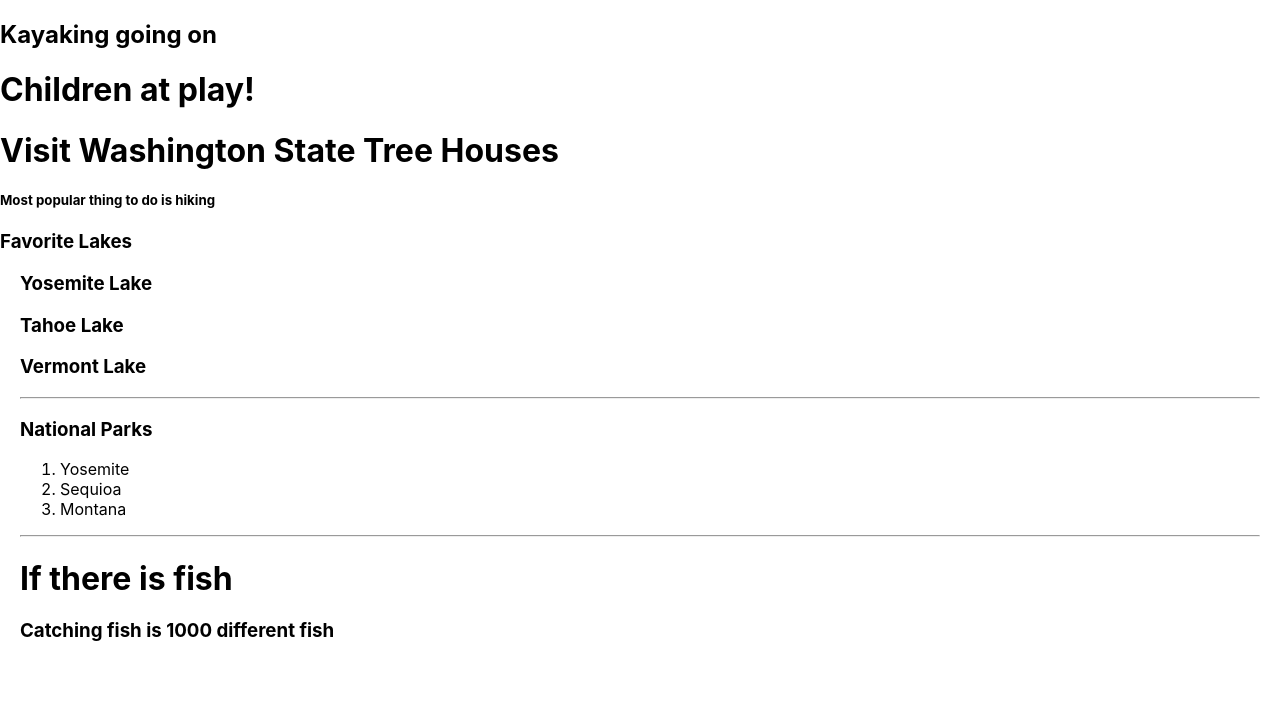
Repository: CaptainStorm21/intro-react-hooks
Page: /
These files come from the project's save history. The page is drawn as it stood at one moment and after a run of saves; the edit follows.
The browser window is 1280 px wide. The pictures show the whole page.
The project was rebuilt for these pictures with package versions that can differ from the ones it lists, and the page was loaded fresh each time. Also part of the build but not shown: src/App.css.

Above is the page before, as saved 2020-05-27 00:09:40.

### src/index.js
import React from "react";
import ReactDOM from "react-dom";
import "./index.css";
import Fragment from "./Fragment"

const nationalParkList = ["Yosemite", "Sequioa", "Montana"];
const campingList = [
  {
    id: 0,
    name: "Mulberry Camp",
    location: " South Montana",
  },
  {
    id: 1,
    name: "Volga Camp",
    location: "Oregon",
  },
  {
    id: 2,
    name: "Captain Camp",
    location: "East Montana",
  },
  {
    id: 3,
    name: "Blue Dunes Camp",
    location: "South Montana",
  },
];

function Lake({ name }) {
  return <h3>{name}</h3>;
}

function Fishing({ abundant }) {
  return (
    < div >
      <h3> Catching fish is {abundant}</h3>
    </div >
  )
}

function Icehole ({ icefishing }) {
  return (
    < div >
      <h3> Winter Fish is {icefishing}</h3>
    </div >
  )
}

function MontanaFall() {
  return (
    <div>
      <h3>Come see Montana!</h3>
      <hr></hr>
      <div className="campstyle">
        {campingList.map((camp) => (
          <div key={camp.id}>
            <h4>{camp.name}</h4>
            <p>Location:{camp.location}</p>
          </div>
        ))}
      </div>
    </div>
  );
}

function SkiResort({thingstodo}) {
  return (
    <div>
      <h1>Visit Washington State Tree Houses</h1>
      <h5>Most popular thing to do is {thingstodo}</h5>
    </div>
  );
}
function App(props) {

  if (props.season === "fall") {
    return <MontanaFall />;
  } else if (props.season === "summer"){
    return (
      <div>
        <Fragment />
        <SkiResort  thingstodo="hiking"/>
        <h3>Favorite Lakes</h3>
        <div className="lakestyle">
          <Lake name="Yosemite Lake" />
          <Lake name="Tahoe Lake" />
          <Lake name="Vermont Lake" />
          <hr></hr>
          <h3>National Parks</h3>
          <ol>
            {props.parks.map((park) => (
              <li>{park}</li>
            ))}
          </ol>
          <hr></hr>
          <h1>If there is fish</h1>
          <div>
            {props.season === "summer" ? (
              <Fishing abundant="1000 different fish" />
            ) : props.season === "winter" ? (
              <Icehole icefishing="A lot of pikes" />
            ) : (<h1>Wanna stay home?</h1>)}
            </div>
        </div>
      </div>
    );
  }
}

// function Hello({ library, message, books }) {
//   return (
//     <div>
//       <h1>Hello {library}</h1>
//       <h4>books avail to rent {books}</h4>
//       <h5>Hours: {message}</h5>
//     </div>
//   )
// }

// function Hello(props) {
//   console.log(props);
//   console.log(Object.keys(props));
//   return (
//     <div>
//       <h1>Hello from {props.library}</h1>
//       <h3>{props.message}</h3>
//       <h4> books available to rent - {props.books}</h4>
//       <h5>Props used - {Object.keys(props).length}</h5>
//     </div>
//   )
// }

// function Hello() {
//   return (
//     <div>
//       <p> rendering is happening </p>
//       <h1>Hello world!</h1>
//     </div>
//   )
// }
ReactDOM.render(
  //  React.createElement("h1", null, "Hello"),
  // React.createElement("h1", { style: { color: "red" } }, "Hello"),
  // React.createElement("div", { style: { color: "blue" } },
  // React.createElement("h1", null, "Morning")  ),
  // <ul>
  //   <li>Pizza</li>
  //   <li>Sushi</li>
  // </ul>,
  // /* <Hello></Hello>, */
  // <Hello library="Washington Library" message="Open for all " books={10}/>,
  <App parks={nationalParkList} season="summer" />,
  document.getElementById("root")
);

### src/index.css
body {
  margin: 0;
  font-family: -apple-system, BlinkMacSystemFont, 'Segoe UI', 'Roboto', 'Oxygen',
    'Ubuntu', 'Cantarell', 'Fira Sans', 'Droid Sans', 'Helvetica Neue',
    sans-serif;
  -webkit-font-smoothing: antialiased;
  -moz-osx-font-smoothing: grayscale;
}

code {
  font-family: source-code-pro, Menlo, Monaco, Consolas, 'Courier New',
    monospace;
}

.lakestyle, .campstyle {
  padding-left: 20px;
  padding-right: 20px;
}

.div-style{

}

### src/Fragment.js
import React from "react";
import "./App.css";

function Kids() {
    return (
        <h1>Children at play!</h1>
    )
}

function Kayak() {
    return (
        <div className = "div-style">
            <h2> Kayaking going on </h2>
        </div>
    )
}

function Fragment() {
  return (
    <>
      <Kayak />
      <Kids />
    </>
  );
}

export default Fragment;

Loaded but not shown: public/index.html (common file)

After the next 2 saves:
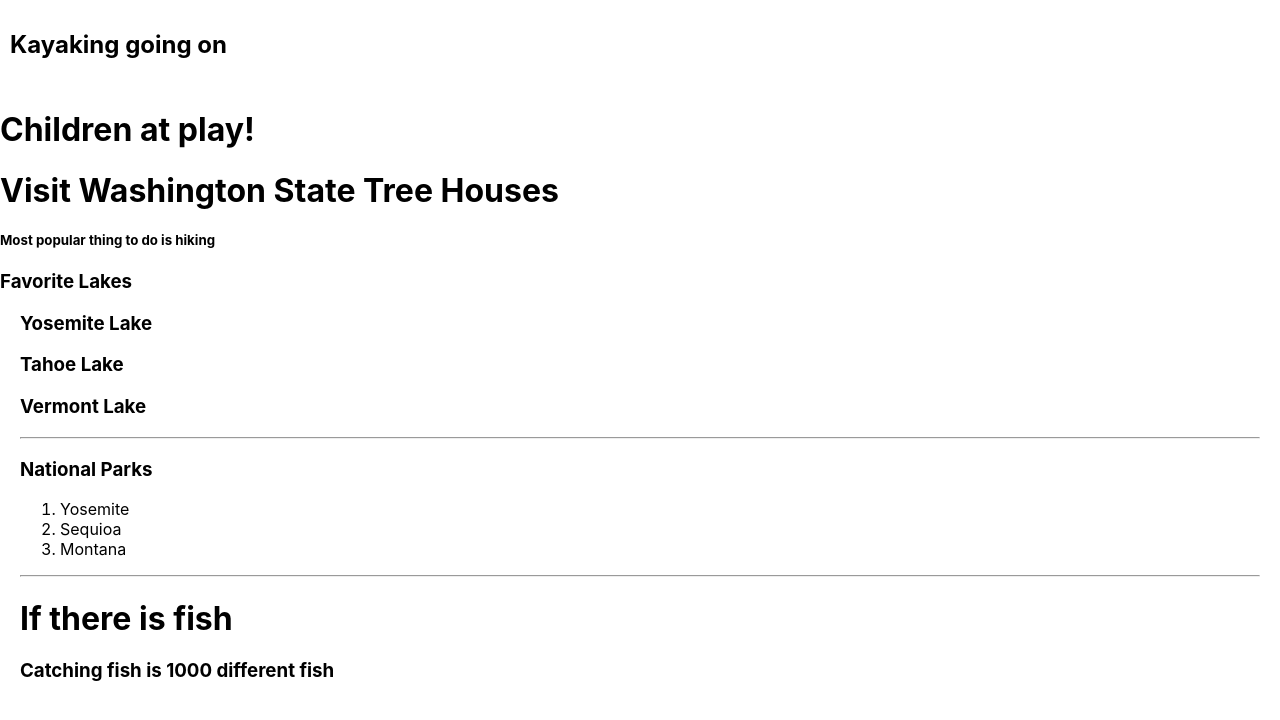
The 2 saves are shown as one change because they came seconds apart.
The last was saved 10 s later.
--- a/src/index.css
+++ b/src/index.css
@@ -18,5 +18,6 @@ code {
 }
 
 .div-style{
-
+  padding: 10px;
+  border: 10px
 }
